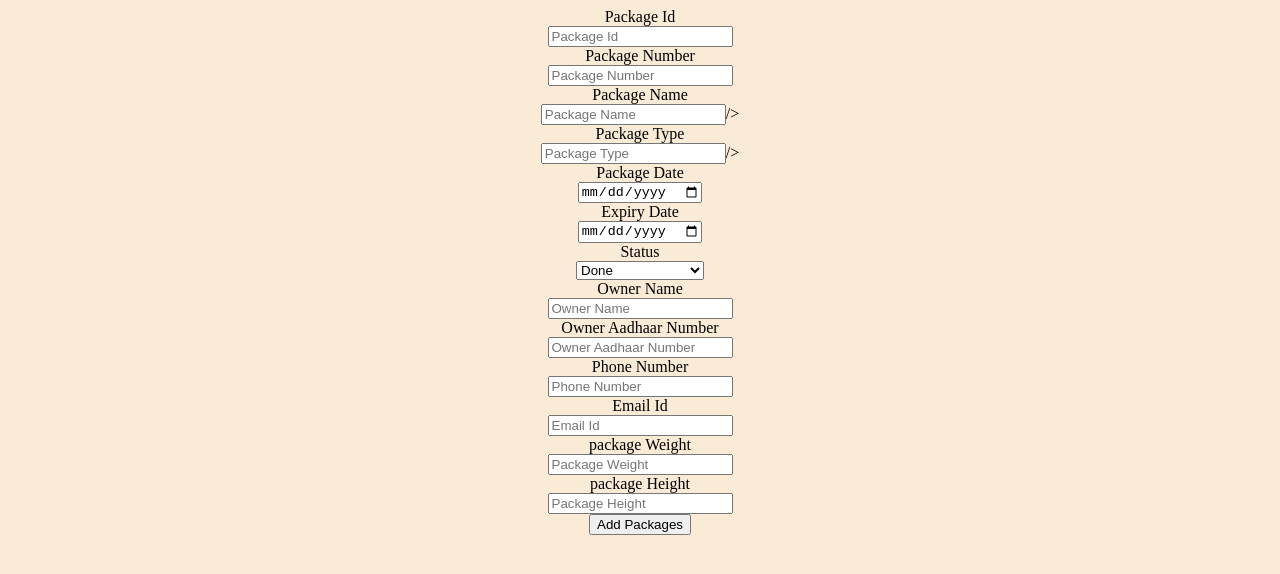
Repository: VetriselvanArumugam/Warehouse-Project
Page: http://localhost/WarehouseProject/WEB-INF/views/add-packages-form.jsp
The author's editor kept a copy of each file at every save. The page is drawn from the files as they stood at one save, then again after the next save.
The browser window is 1280 px wide. The pictures show the whole page.
The page is served by Tomcat 9. Nobody is signed in. Other server files are loaded and not shown. The template is opened directly, without the code that normally fills it, so the values that code supplies are empty.

Above is the page before, as saved 2022-08-11 16:37:55.

### Pictures/eclipse-june-workspace/WarehouseProject/src/main/webapp/WEB-INF/views/add-packages-form.jsp
<%@ page language="java" contentType="text/html; charset=ISO-8859-1"
	pageEncoding="ISO-8859-1"%>
<%@ taglib prefix="form" uri="http://www.springframework.org/tags/form"%>
<!DOCTYPE html>
<html>
<head>
<meta charset="ISO-8859-1">
<title>Add Packages</title>
</head>
<body>
<style>
 body {
    background-color: AntiqueWhite;
    text-align: center;
}

label {
    color: Black
    </style>
	<div id="root">
		<div id="form">
			<form:form action="add" method="post" modelAttribute="addpackages">

				<div>
					<label for="packageId">Package Id</label>
					<div>
						<form:input path="packageId" placeholder="Package Id" required="true"/>
					</div>
				</div>
				<form:errors path="packageId" class="text-box" />

				<div>
					<label for="packageNumber">Package Number</label>
					<div>
						<form:input path="packageNumber" placeholder="Package Number" pattern="[1-9]{1}[0-9]{3}"
title="Package Number should have atleast 3 digits"
required="true" />
					</div>
				</div>
				<form:errors path="packageNumber" class="text-box" />

				<div>
					<label for="packageName">Package Name</label>
					<div>
						<form:input path="packageName" placeholder="Package Name" title="Package Name can't be empty or must contain only alphabets"
pattern="^[a-zA-Z]+$" required="true"/>/>
					</div>
				</div>
				<form:errors path="packageName" class="text-box" />

				<div>
					<label for="packageType">Package Type</label>
					<div>
						<form:input path="packageType" placeholder="Package Type" title="Package Type can't be empty or must contain only alphabets"
pattern="^[a-zA-Z]+$" required="true"/>/>
					</div>
				</div>
				<form:errors path="packageType" class="text-box" />

				<div>
					<label for="packageDate">Package Date</label>
					<div>
						<form:input path="packageDate" placeholder="Package Date" type="date"/>
					</div>
				</div>
				<form:errors path="packageDate" class="text-box" />

				<div>
					<label for="expiryDate">Expiry Date</label>
					<div>
						<form:input path="expiryDate" placeholder="Expiry Date" type="date" />
					</div>
				</div>
				<form:errors path="expiryDate" class="text-box" />

				<div>
                        <label for="status" class="label-size">Status</label>
                        <div>
                        <form:select path="status" class="text-box" placeholder="Status">
                            <form:option value="Done">Done</form:option>
                            <form:option value="WorkingProgress">Working Progress</form:option>
                        </form:select>
                        </div>
                    </div>
				<form:errors path="status" class="text-box" />

				<div>
					<label for="ownerName">Owner Name</label>
					<div>
						<form:input path="ownerName" placeholder="Owner Name" title="Owner Name can't be empty or must contain only alphabets"
pattern="^[a-zA-Z]+$" required="true" />
					</div>
				</div>
				<form:errors path="ownerName" class="text-box" />

				<div>
					<label for="ownerAadhaarNumber">Owner Aadhaar Number</label>
					<div>
						<form:input path="ownerAadhaarNumber"  placeholder="Owner Aadhaar Number" pattern="[1-9]{1}[0-9]{12}"
title="Owner Aadhaar Number should have atleast 12 digits"
required="true" />
					</div>
				</div>
				<form:errors path="ownerAadhaarNumber" class="text-box" />

				<div>
					<label for="phoneNumber">Phone Number</label>
					<div>
						<form:input path="phoneNumber" placeholder="Phone Number" pattern="[1-9]{1}[0-9]{10}"
title="Phone Number should have atleast 10 digits"
required="true" />
					</div>
				</div>
				<form:errors path="phoneNumber" class="text-box" />

				<div>
					<label for="emailId">Email Id</label>
					<div>
						<form:input path="emailId" placeholder="Email Id" pattern="^[A-Za-z0-9._%+-]+@[A-Za-z0-9.-]+\\.[A-Za-z]{2,6}$"
title="Enter valid email ex: example@gmail.com" required="true"/>
					</div>
				</div>
				<form:errors path="emailId" class="text-box" />
				<div>

					<label for="packageWeight">package Weight</label>
					<div>
						<form:input path="packageWeight" placeholder="Package Weight" pattern="[1-9]{1}[0-9]{7}"
title="Package Weight should have atleast 7 digits"
required="true" />
					</div>
				</div>
				<form:errors path="packageWeight" class="text-box" />

				<div>
					<label for="packageHeight">package Height</label>
					<div>
						<form:input path="packageHeight" placeholder="Package Height" pattern="[1-9]{1}[0-9]{7}"
title="Package Height should have atleast 7 digits"
required="true" />
					</div>
				</div>
				<form:errors path="packageHeight" class="text-box" />
				<div>
					<form:button>Add Packages</form:button>
				</div>
			</form:form>
		</div>
	</div>
</body>
</html>

After the next save:
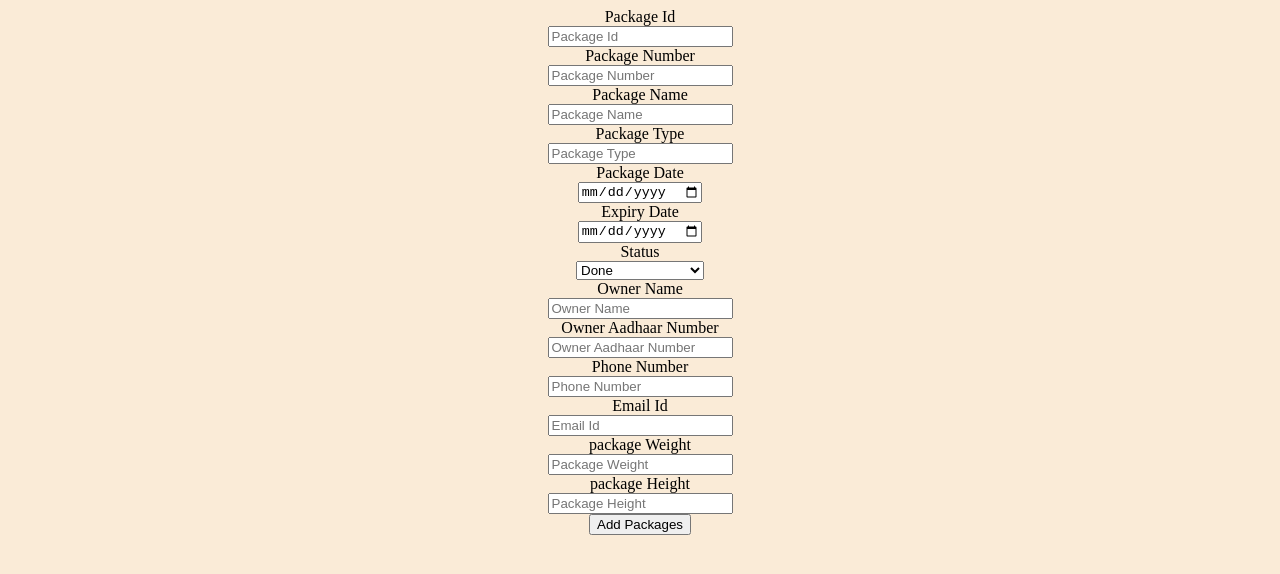
Saved 3 min 6 s later.
--- a/Pictures/eclipse-june-workspace/WarehouseProject/src/main/webapp/WEB-INF/views/add-packages-form.jsp
+++ b/Pictures/eclipse-june-workspace/WarehouseProject/src/main/webapp/WEB-INF/views/add-packages-form.jsp
@@ -43,7 +43,7 @@ required="true" />
 					<label for="packageName">Package Name</label>
 					<div>
 						<form:input path="packageName" placeholder="Package Name" title="Package Name can't be empty or must contain only alphabets"
-pattern="^[a-zA-Z]+$" required="true"/>/>
+pattern="^[a-zA-Z]+$" required="true"/>
 					</div>
 				</div>
 				<form:errors path="packageName" class="text-box" />
@@ -52,7 +52,7 @@ pattern="^[a-zA-Z]+$" required="true"/>/>
 					<label for="packageType">Package Type</label>
 					<div>
 						<form:input path="packageType" placeholder="Package Type" title="Package Type can't be empty or must contain only alphabets"
-pattern="^[a-zA-Z]+$" required="true"/>/>
+pattern="^[a-zA-Z]+$" required="true"/>
 					</div>
 				</div>
 				<form:errors path="packageType" class="text-box" />
